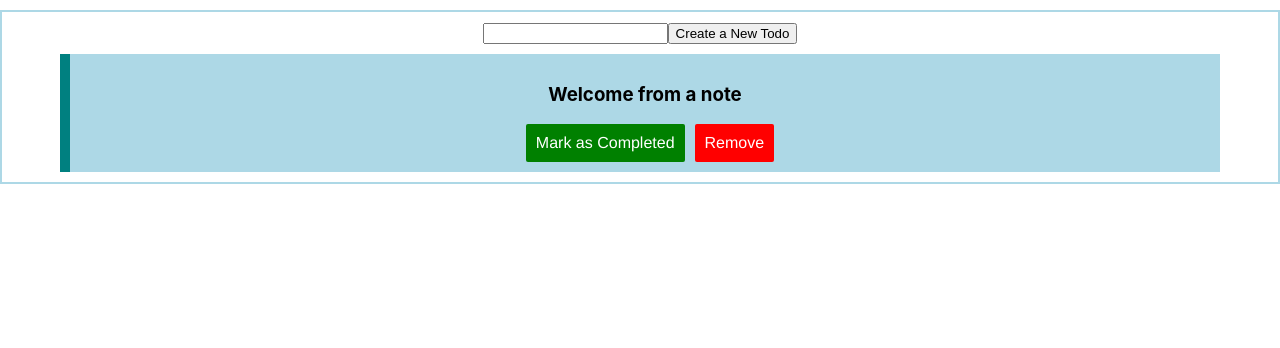
Repository: CaptainStorm21/react-ecosystem-course
Page: /
An editor plug-in stored every save of this project. The page is shown before and after the next save, followed by the edit.
The browser window is 1280 px wide. The pictures show the whole page.
The project was rebuilt for these pictures with package versions that can differ from the ones it lists, and the page was loaded fresh each time.

Above is the page before, as saved 2020-05-30 17:53:17.

### src/App.js
import React from 'react';
import './App.css';
import TodoList from './todos/TodoList'

function App() {
  return (
    <div className="App">
      <TodoList/>
    </div>
  );
}

export default App;

### src/todos/TodoList.js
import React from 'react';
import NewTodoForm from './NewTodoForm';
import TodoListItem from './TodoListItem';
import './TodoList.css';


const TodoList = ({ todos = [{ text: "Welcome from a note" }] }) => (
    <div className="list-wrapper">
        <NewTodoForm/>
        {todos.map(todo => <TodoListItem todo={todo} />)}
    </div>
)

export default TodoList;

### src/todos/NewTodoForm.js
import React, { useState } from 'react';
import './NewTodoForm.css';

const NewTodoForm = () => {
    const [inputValue, setInputValue] = useState(' ');
   return (
        <div className="new-todo-form">
           <input className="new-todo-input"
               type="text"
               value={inputValue}
               onChange = { e => setInputValue (e.target.value)}
           />
            <button className="newTodo">Create a New Todo</button>
        </div>
    );
};
export default NewTodoForm;

### src/todos/TodoListItem.js
import React from "react";

const TodoListItem = ({ todo }) => (
  <div className="todo-item-container">
    <h3>{todo.text}</h3>
    <div className="button -container">
      <button className="completed-button"> Mark as Completed</button>
      <button className="remove-button"> Remove</button>
    </div>
  </div>
);

export default TodoListItem;

### src/todos/TodoList.css
.list-wrapper{
    border: 2px solid lightblue;
    padding: 10px;
    margin-top: 10px;
}

### src/todos/NewTodoForm.css
.todo-item-container {
  width: 90%;
  margin: 0 auto;
  padding: 10px;
  border-left: 10px solid teal;
  background-color: lightblue;
  margin-top: 10px;
}

.remove-button {
  background-color: red;
  padding: 10px;
  border: 0;
  margin-left: 10px;
  font-size: medium;
  font-family: "Franklin Gothic Medium", "Arial Narrow", Arial, sans-serif;
  border-radius: 2px;
  color: white;
}

.completed-button{
  background-color: green;
  padding: 10px;
  border: 0;
  margin-left: 10px;
  font-size: medium;
  font-family: "Franklin Gothic Medium", "Arial Narrow", Arial, sans-serif;
  border-radius: 2px;
  color: white;
}

Loaded but not shown: public/index.html (common file); src/index.js (common file); src/index.css (common file); src/serviceWorker.js (common file); src/App.css (common file)

After the next save:
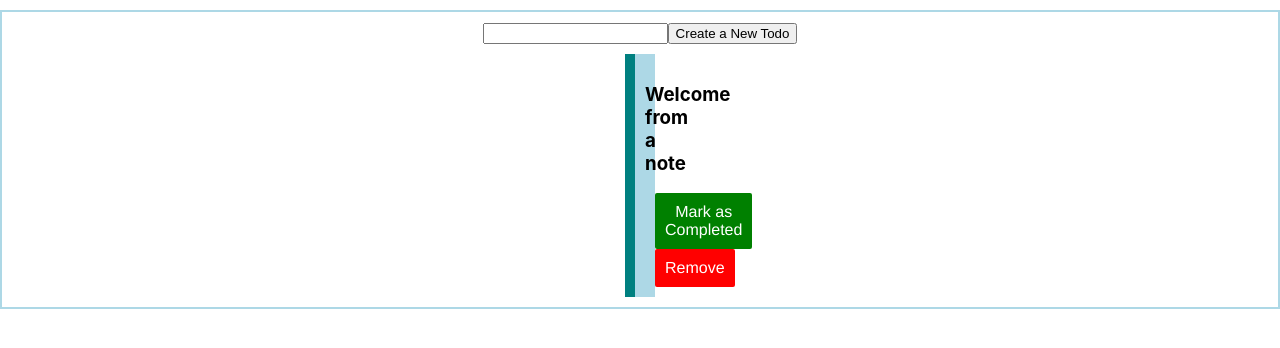
Saved 63 s later.
--- a/src/todos/NewTodoForm.css
+++ b/src/todos/NewTodoForm.css
@@ -1,5 +1,5 @@
 .todo-item-container {
-  width: 90%;
+  width: 0%;
   margin: 0 auto;
   padding: 10px;
   border-left: 10px solid teal;
